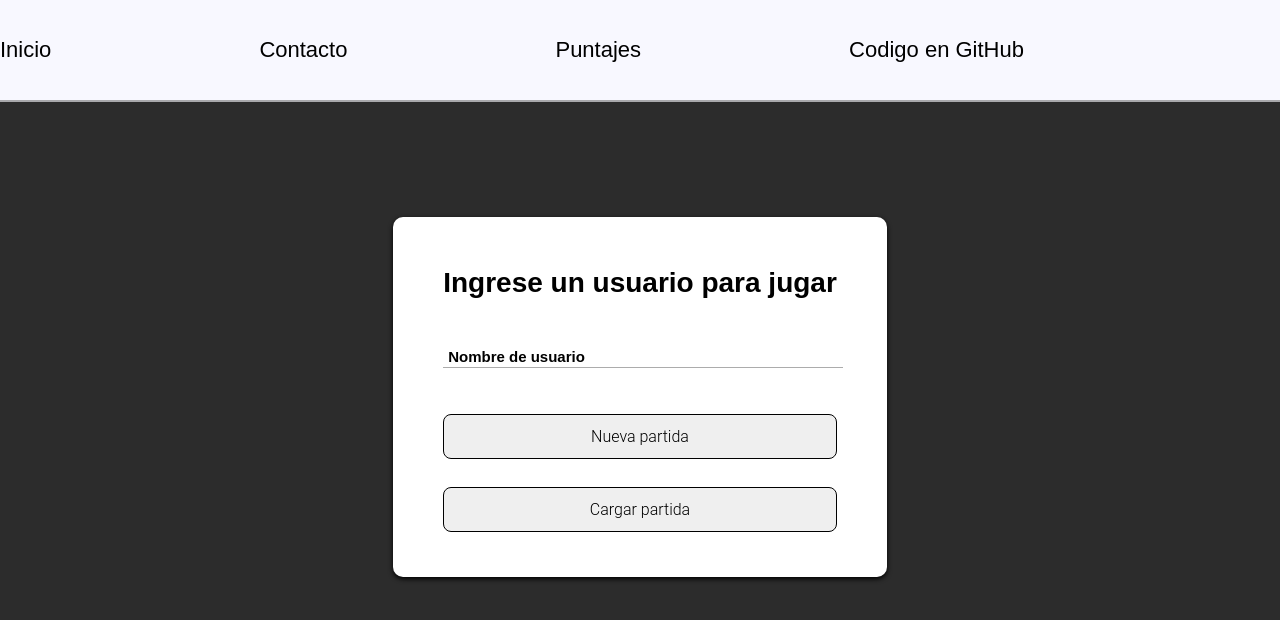
Repository: FacundoKinderknecht/FacundoKinderknecht_Wordle_Game_LPPA
Page: index.html
These files come from the project's save history. The page is drawn as it stood at one moment and after the next save; the edit follows.
The browser window is 1280 px wide. The pictures show the whole page.

Above is the page before, as saved 2023-08-08 02:55:07.

After the next save:
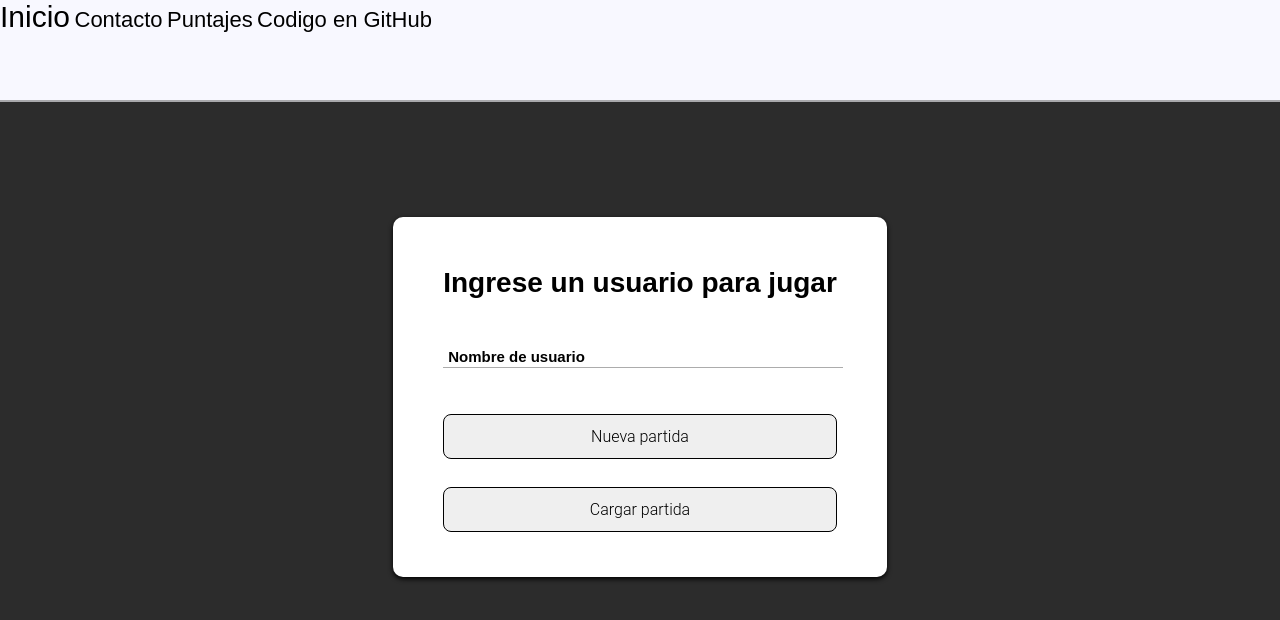
Saved 7 s later.
--- a/css/styles.css
+++ b/css/styles.css
@@ -10,7 +10,7 @@
     width: 100%;
     height: 100px;
     margin-bottom: 15px;
-    display: flex;
+    display: flexbox;
     justify-content: justify-content;
     align-items: center;
     background-color: ghostwhite;

After the save that followed:
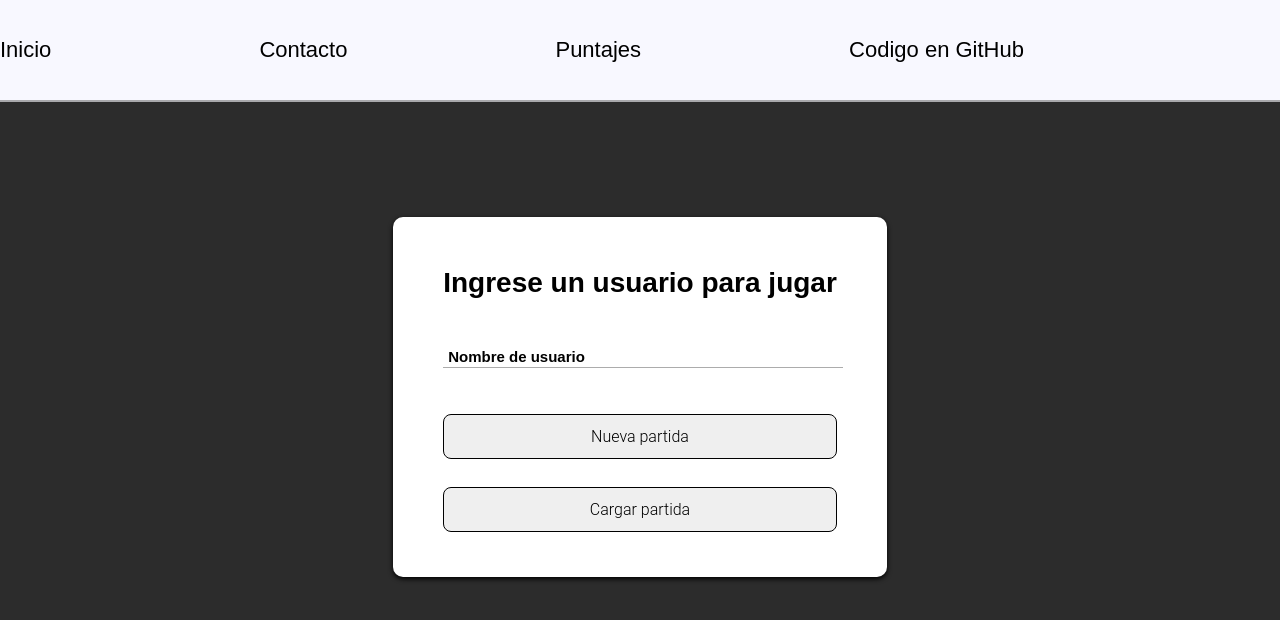
Saved 4 s later.
--- a/css/styles.css
+++ b/css/styles.css
@@ -10,7 +10,7 @@
     width: 100%;
     height: 100px;
     margin-bottom: 15px;
-    display: flexbox;
+    display: flex;
     justify-content: justify-content;
     align-items: center;
     background-color: ghostwhite;
